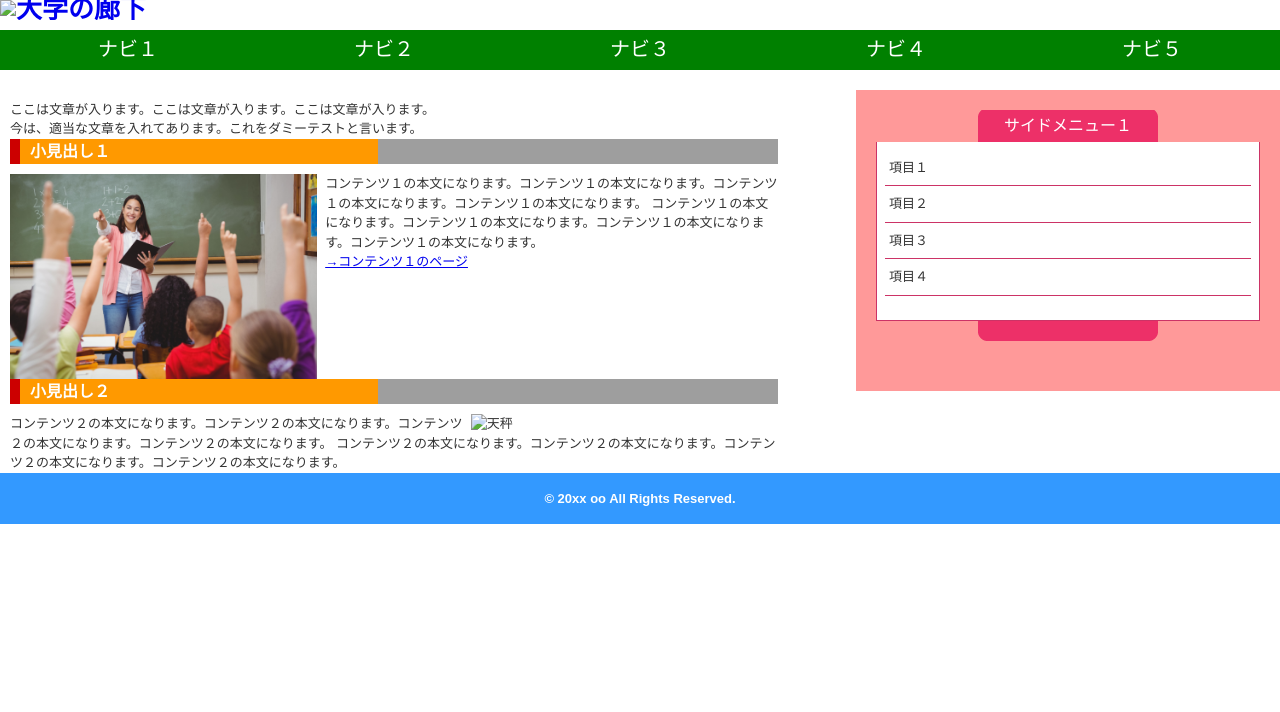
Repository: naoko0513/samurai_HTML-CSS
Page: home.html
The author's editor kept a record of every edit. The page is drawn from the files as they stood at one moment, then again after the next edit.
The browser window is 1280 px wide. The pictures show the whole page.
Pictures or frames that could not be fetched are drawn as grey boxes.

Above is the page before.

After the next edit:
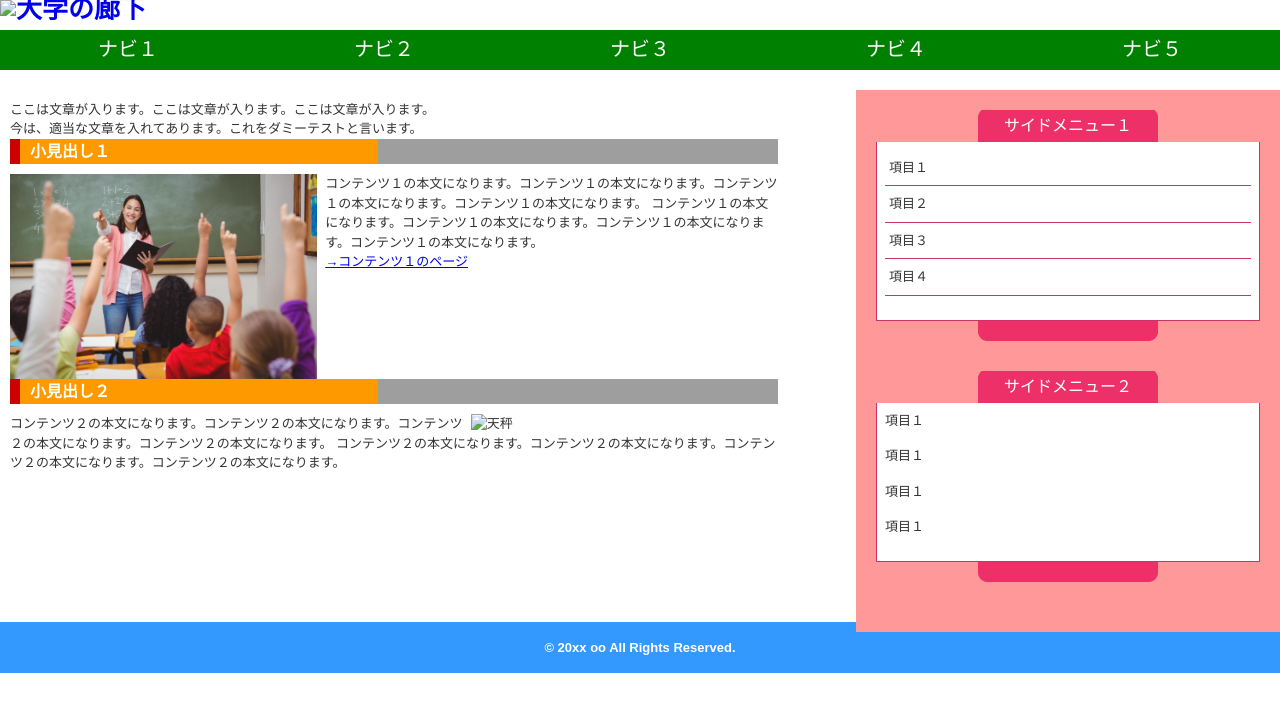
The edit:
--- a/home.html
+++ b/home.html
@@ -54,6 +54,16 @@
                         </ul>
                     </div>
                 </div>
+                <div class="box">
+                    <h2>サイドメニュー２</h2>
+                    <div class="boxBody">
+                        <ul>項目１</ul>
+                        <ul>項目１</ul>
+                        <ul>項目１</ul>
+                        <ul>項目１</ul>
+
+                    </div>
+                </div>
             </div>
         </div>
     </div>
